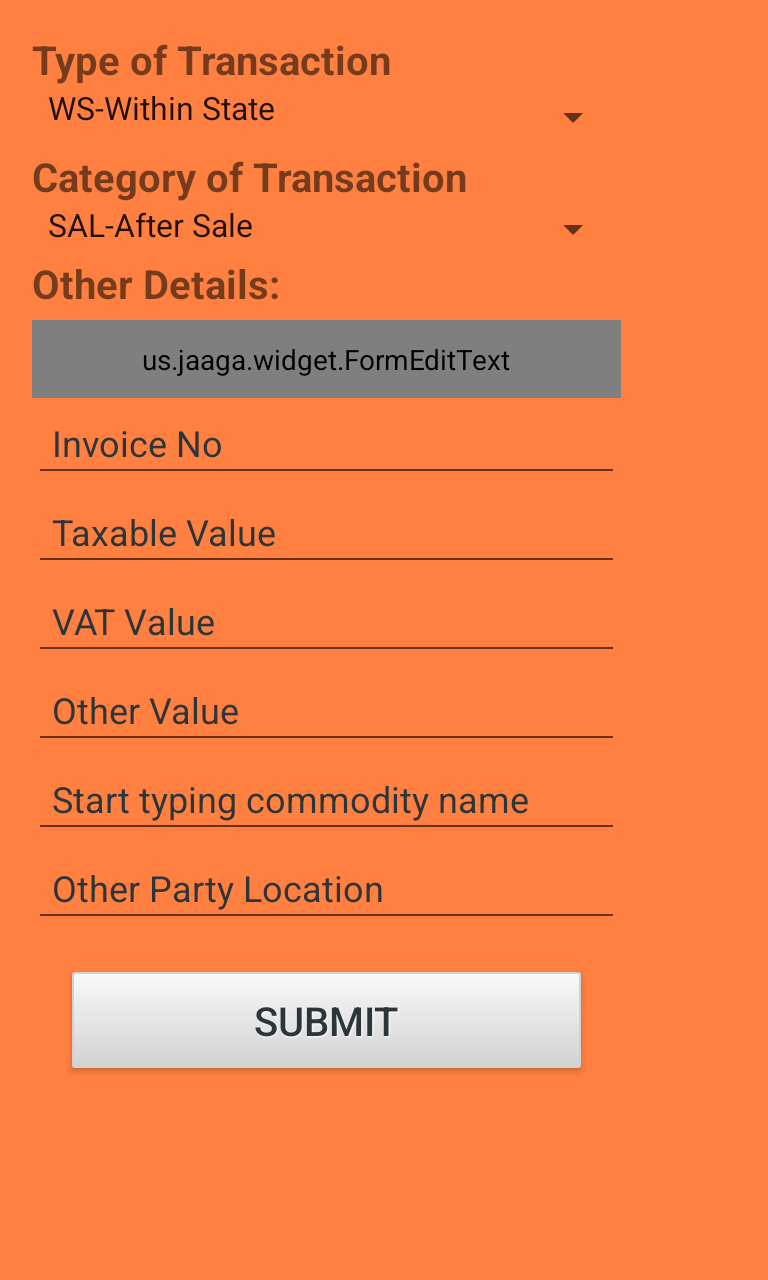
Repository: rajeefmk/Android_Projects
Layout: mSugam/res/layout/activity_main.xml
These files come from the project's save history. The layout is drawn as it stood at one moment and after the next save; the edit follows.
Pictures or frames that could not be fetched are drawn as grey boxes. It is drawn on a 768 x 1280 px phone screen (xhdpi) without system bars, with theme AppTheme; the app's code is not run.

Above is the layout before, as saved 2014-10-14 05:30:51.

After the next save:
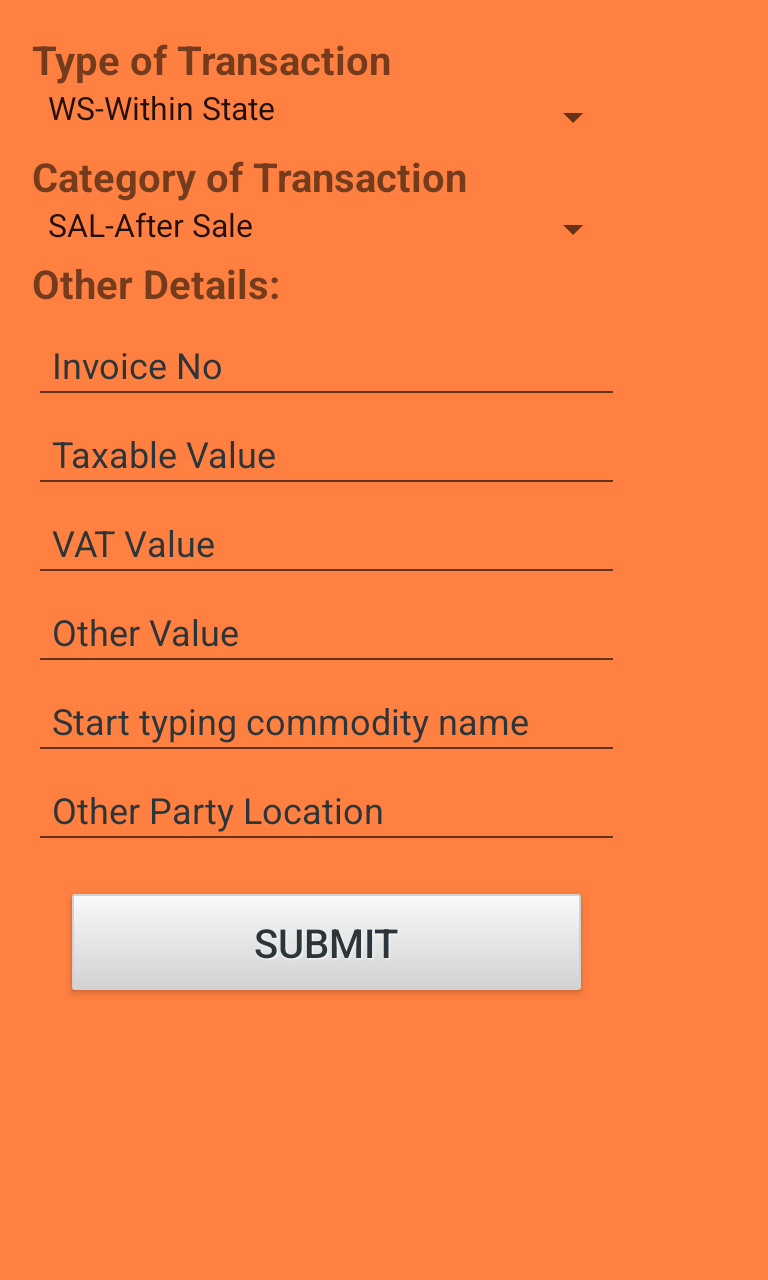
Saved 2 min 57 s later.
--- a/mSugam/res/layout/activity_main.xml
+++ b/mSugam/res/layout/activity_main.xml
@@ -67,19 +67,7 @@
             android:textSize="20sp"
             android:paddingBottom="5sp"
             />
-		<us.jaaga.widget.FormEditText
 
-		    android:id="@+id/OtherPartyTin"
-		    android:layout_height="wrap_content"
-		    android:layout_width="match_parent"
-		    android:inputType="textCapCharacters"
-		    android:hint="@string/other_party_tin"
-		    android:textColorHint="#2C3539"
-		    android:padding="10dp"
-			android:textColor="#ffffff"
-		    msugam:testType="alpha" />
-
-		    />
 
 		<!-- <EditText
 		    android:id="@+id/OtherPartyTin"
